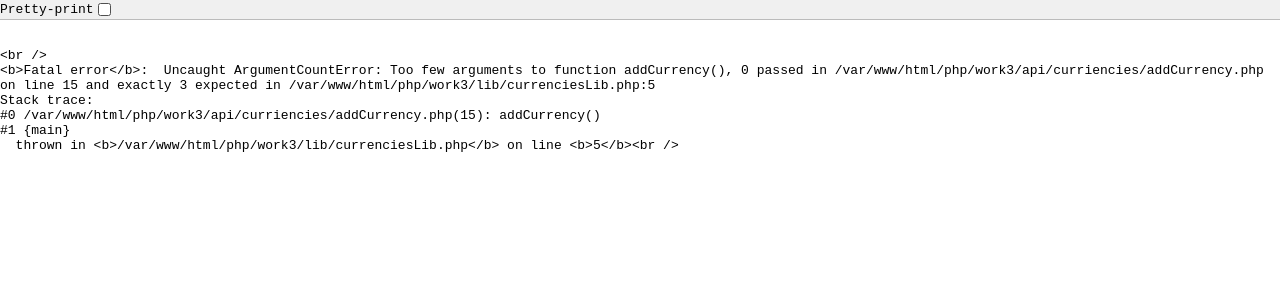
Repository: mihaisitaru/bazar
Page: http://localhost/php/work3/api/curriencies/addCurrency.php
The author's editor kept a record of every edit. The page is drawn from the files as they stood at one moment, then again after the next edit.
The browser window is 1280 px wide. The pictures show the whole page.
The page is run by PHP 8.4 with error messages shown; the project is at /var/www/html/.

Above is the page before.

### php/work3/api/curriencies/addCurrency.php
<?php

require_once(__DIR__.'/../../config/general.php');
require_once(__DIR__.'/../../'._LIB_FOLDER.'/currenciesLib.php');
require_once(__DIR__.'/../../'._LIB_FOLDER.'/outputHelper.php');


returnHeader();


/*if(empty($_POST['isoCode']) OR empty($_POST['name']) OR empty($_POST['active'])) {
    return throwJSONError(_ERROR_CURRENCY_NAME_CODE_OR_STATUS_NOT_SPECIFIED_CODE, _ERROR_CURRENCY_NAME_CODE_OR_STATUS_NOT_SPECIFIED_MSG);
} */

    if(addCurrency() === true) {
        echoJSONOutput();
    }
    else {
        throwJSONError(_ERROR_CURRENCY_NOT_CREATED_CODE, _ERROR_CURRENCY_NOT_CREATED_MSG);
    }

### php/work3/config/general.php
<?php
session_start();
require_once(__DIR__.'/constants.php');
?>

<?php
require_once(__DIR__.'/../'._LIB_FOLDER.'/databaseHelper.php');
databaseConnect();

### php/work3/config/constants.php
<?php
/*
*                                         $$\                          $$\                             $$\
*                                          $$ |                         $$ |                            $$ |
* $$$$$$$\  $$$$$$\  $$$$$$$\   $$$$$$$\ $$$$$$\    $$$$$$\  $$$$$$$\ $$$$$$\    $$$$$$$\      $$$$$$\  $$$$$$$\   $$$$$$\
*$$  _____|$$  __$$\ $$  __$$\ $$  _____|\_$$  _|   \____$$\ $$  __$$\\_$$  _|  $$  _____|    $$  __$$\ $$  __$$\ $$  __$$\
*$$ /      $$ /  $$ |$$ |  $$ |\$$$$$$\    $$ |     $$$$$$$ |$$ |  $$ | $$ |    \$$$$$$\      $$ /  $$ |$$ |  $$ |$$ /  $$ |
*$$ |      $$ |  $$ |$$ |  $$ | \____$$\   $$ |$$\ $$  __$$ |$$ |  $$ | $$ |$$\  \____$$\     $$ |  $$ |$$ |  $$ |$$ |  $$ |
*\$$$$$$$\ \$$$$$$  |$$ |  $$ |$$$$$$$  |  \$$$$  |\$$$$$$$ |$$ |  $$ | \$$$$  |$$$$$$$  |$$\ $$$$$$$  |$$ |  $$ |$$$$$$$  |
* \_______| \______/ \__|  \__|\_______/    \____/  \_______|\__|  \__|  \____/ \_______/ \__|$$  ____/ \__|  \__|$$  ____/
*                                                                                            $$ |                $$ |
*                                                                                             $$ |                $$ |
*                                                                                             \__|                \__|
*/
 //constants for navigating folders
 define("_LIB_FOLDER", "lib");
 define("_API_FOLDER", "api");
 //db details
 define("_DB_HOST", "127.0.0.1");
 define("_DB_USER", "mihaisitaru");
 define("_DB_PASSWORD", "");
 define("_DB_NAME", "bazar_shop_online");
 define("_DB_PORT", "3306");
 //constants for errors
 /**************************************************************************************************************************/
 #connection
 define("_ERROR_DB_CONNECTION_CODE", "db1000");
 define("_ERROR_DB_CONNECTION_MSG", "Can't connect to the specified Database with the specified IP.");
 #user
 define("_ERROR_EMAIL_OR_PASSWORD_NOT_SPECIFIED_CODE", "u1001");
 define("_ERROR_EMAIL_OR_PASSWORD_NOT_SPECIFIED_MSG", "Email or password not specified");
 define("_ERROR_EMAIL_NOT_SPECIFIED_CODE", "u1001e");
 define("_ERROR_EMAIL_NOT_SPECIFIED_MSG", "Email not specified");
 define("_ERROR_EMAIL_OR_PASSWORD_NOT_CORRECT_CODE", "u1002");
 define("_ERROR_EMAIL_OR_PASSWORD_NOT_CORRECT_MSG", "Email or password is not correct");
 define("_ERROR_EMAIL_NOT_CORRECT_CODE", "u1002e");
 define("_ERROR_EMAIL_NOT_CORRECT_MSG", "Email is not correct");
 define("_ERROR_USER_NOT_LOGGED_IN_CODE", "u1003");
 define("_ERROR_USER_NOT_LOGGED_IN_MSG", "You are not logged in. Please authenticate first in order to get access to this functionality.");
 define("_ERROR_REQUIRED_STAR_FIELD_CODE", "u1004");
 define("_ERROR_REQUIRED_STAR_FIELD_MSG", "*");
 define("_ERROR_REQUIRED_FIELD_CODE", "u1005");
 define("_ERROR_REQUIRED_FIELD_MSG", "*required field");
 define("_ERROR_USER_MUST_LOGIN_FIRST_CODE", "u1006");
 define("_ERROR_USER_MUST_LOGIN_FIRST_MSG", "You are not logged in. Please login first in order to be able to logout.");
 define("_ERROR_USER_NOT_RECOGNIZED_CODE", "u1007");
 define("_ERROR_USER_NOT_RECOGNIZED_MSG", "There is no account with this email. Do you want to create one?");
 define("_ERROR_DETAILS_NOT_SPECIFIED_CODE", "u1008");
 define("_ERROR_DETAILS_NOT_SPECIFIED_MSG", "All fields are required. Please add values to them.");
 define("_ERROR_EMAIL_ALREADY_EXISTS_CODE", "u1009");
 define("_ERROR_EMAIL_ALREADY_EXISTS_MSG", "An account with this email address already exists. Please choose another one.");
 define("_ERROR_PASSWORDS_DO_NOT_MATCH_CODE", "u1010");
 define("_ERROR_PASSWORDS_DO_NOT_MATCH_MSG", "Inserted passwords do not match. Please try again.");
 define("_ERROR_DETAILS_NOT_UPDATED_CODE", "u1011");
 define("_ERROR_DETAILS_NOT_UPDATED_MSG", "We could't update your info. Please try again.");
 define("_ERROR_ACCOUNT_NOT_CREATED_CODE", "u1012");
 define("_ERROR_ACCOUNT_NOT_CREATED_MSG", "Account not created. Please try again.");
 #category
 define("_ERROR_CATEGORY_NAME_OR_STATUS_NOT_SPECIFIED_CODE", "ca1000");
 define("_ERROR_CATEGORY_NAME_OR_STATUS_NOT_SPECIFIED_MSG", "Category name or status not specified.");
 define("_ERROR_CATEGORY_NOT_CREATED_CODE", "ca1001");
 define("_ERROR_CATEGORY_NOT_CREATED_MSG", "Category not created.");
 define("_ERROR_CATEGORY_NOT_FOUND_CODE", "ca1002");
 define("_ERROR_CATEGORY_NOT_FOUND_MSG", "Category not found.");
 define("_ERROR_CATEGORY_NOT_DELETED_CODE", "ca1003");
 define("_ERROR_CATEGORY_NOT_DELETED_MSG", "Category not deleted.");
 define("_ERROR_CATEGORY_NOT_UPDATED_CODE", "ca1004");
 define("_ERROR_CATEGORY_NOT_UPDATED_MSG", "Category not updated.");
 define("_ERROR_NO_CATEGORY_WAS_FOUND_CODE", "ca1005");
 define("_ERROR_NO_CATEGORY_WAS_FOUND_MSG", "No category was found.");
 define("_ERROR_CATEGORY_ID_NAME_OR_STATUS_NOT_SPECIFIED_CODE", "ca1006");
 define("_ERROR_CATEGORY_ID_NAME_OR_STATUS_NOT_SPECIFIED_MSG", "Category id, name or status not specified.");
 define("_ERROR_CATEGORY_NOT_SPECIFIED_CODE", "ca1007");
 define("_ERROR_CATEGORY_NOT_SPECIFIED_MSG", "Category not specified.");
 #product
 define("_ERROR_PRODUCT_DETAILS_NOT_SPECIFIED_CODE", "p1000");
 define("_ERROR_PRODUCT_DETAILS_NOT_SPECIFIED_MSG", "Product details not specified.");
 define("_ERROR_PRODUCT_NOT_CREATED_CODE", "p1001");
 define("_ERROR_PRODUCT_NOT_CREATED_MSG", "Product not added.");
 define("_ERROR_PRODUCT_NOT_FOUND_CODE", "p1002");
 define("_ERROR_PRODUCT_NOT_FOUND_MSG", "Product not found.");
 define("_ERROR_NO_PRODUCT_WAS_FOUND_CODE", "p1003");
 define("_ERROR_NO_PRODUCT_WAS_FOUND_MSG", "No product was found.");
 define("_ERROR_PRODUCT_NOT_DELETED_CODE", "p1004");
 define("_ERROR_PRODUCT_NOT_DELETED_MSG", "Product not deleted.");
 define("_ERROR_PRODUCT_NOT_UPDATED_CODE", "p1005");
 define("_ERROR_PRODUCT_NOT_UPDATED_MSG", "Product not updated.");
 define("_ERROR_IMAGE_NOT_SELECTED_CODE", "p1006");
 define("_ERROR_IMAGE_NOT_SELECTED_MSG", "Image not selected.");
 define("_ERROR_IMAGE_NOT_UPLOADED_CODE", "p1007");
 define("_ERROR_IMAGE_NOT_UPLOADED_MSG", "Image not uploaded.");
 define("_ERROR_IMAGE_NOT_SPECIFIED_CODE", "p1008");
 define("_ERROR_IMAGE_NOT_SPECIFIED_MSG", "Image not specified.");
 define("_ERROR_IMAGE_NOT_DELETED_CODE", "p1009");
 define("_ERROR_IMAGE_NOT_DELETED_MSG", "Image not deleted.");
 define("_ERROR_PRODUCTS_NOT_DEFINED_CODE", "p1010");
 define("_ERROR_PRODUCTS_NOT_DEFINED_MSG", "Products not defined.");
 define("_ERROR_NO_PRODUCT_IN_SPECIFIED_CATEGORY_FOUND_CODE", "p1011");
 define("_ERROR_NO_PRODUCT_IN_SPECIFIED_CATEGORY_FOUND_MSG", "No product in specified category found.");
 define("_ERROR_PRODUCT_OR_CATEGORY_NOT_FOUND_CODE", "p1012");
 define("_ERROR_PRODUCT_OR_CATEGORY_NOT_FOUND_MSG", "Product or category not found.");
 define("_ERROR_PRODUCT_IMAGE_NOT_FOUND_CODE", "p1013");
 define("_ERROR_PRODUCT_IMAGE_NOT_FOUND_MSG", "Product image not found.");
 define("_ERROR_NO_IMAGE_FOUND_CODE", "p1014");
 define("_ERROR_NO_IMAGE_FOUND_MSG", "No image found.");
 define("_ERROR_NO_HOTDEAL_WAS_FOUND_CODE", "p1015");
 define("_ERROR_NO_HOTDEAL_WAS_FOUND_MSG", "No product was found.");
 define("_ERROR_NO_DATA_WAS_FOUND_CODE", "p1016");
 define("_ERROR_NO_DATA_WAS_FOUND_MSG", "No data was found.");
 define("_ERROR_NO_CUSTOMER_SUPPORT_WAS_FOUND_CODE", "p1017");
 define("_ERROR_NO_CUSTOMER_SUPPORT_WAS_FOUND_MSG", "No customer support data was found.");
 #order
 define("_ERROR_ORDER_NOT_SPECIFIED_CODE", "o1000");
 define("_ERROR_ORDER_NOT_SPECIFIED_MSG", "Order not specified.");
 define("_ERROR_ORDER_NOT_FOUND_CODE", "o1001");
 define("_ERROR_ORDER_NOT_FOUND_MSG", "Order not found.");
 define("_ERROR_CART_IS_EMPTY_CODE", "o1002");
 define("_ERROR_CART_IS_EMPTY_MSG", "Cart is empty.");
 define("_ERROR_ORDER_NOT_PROCESSED_CODE", "o1003");
 define("_ERROR_ORDER_NOT_PROCESSED_MSG", "Order not processed.");
 define("_ERROR_CART_NOT_EMPTIED_OUT_CODE", "o1004");
 define("_ERROR_CART_NOT_EMPTIED_OUT_MSG", "Cart not emptied out.");
 #currency
 define("_ERROR_CURRENCY_NAME_CODE_OR_STATUS_NOT_SPECIFIED_CODE", "cu1000");
 define("_ERROR_CURRENCY_NAME_CODE_OR_STATUS_NOT_SPECIFIED_MSG", "Currency name, code or status not specified.");
 define("_ERROR_CURRENCY_NOT_CREATED_CODE", "cu1001");
 define("_ERROR_CURRENCY_NOT_CREATED_MSG", "Currency not created.");
 define("_ERROR_CURRENCY_NOT_FOUND_CODE", "cu1002");
 define("_ERROR_CURRENCY_NOT_FOUND_MSG", "Currency not found.");
 define("_ERROR_CURRENCY_NOT_DELETED_CODE", "cu1003");
 define("_ERROR_CURRENCY_NOT_DELETED_MSG", "Currency not deleted.");
 define("_ERROR_CURRENCY_NOT_UPDATED_CODE", "cu1004");
 define("_ERROR_CURRENCY_NOT_UPDATED_MSG", "Currency not updated.");
 define("_ERROR_NO_CURRENCY_WAS_FOUND_CODE", "cu1005");
 define("_ERROR_NO_CURRENCY_WAS_FOUND_MSG", "No currency was found.");
 define("_ERROR_CURRENCY_CODE_OR_STATUS_NOT_SPECIFIED_CODE", "cu1006");
 define("_ERROR_CURRENCY_CODE_OR_STATUS_NOT_SPECIFIED_MSG", "Currency code or status not specified.");
 define("_ERROR_CURRENCY_CODE_NAME_OR_STATUS_NOT_SPECIFIED_CODE", "cu1007");
 define("_ERROR_CURRENCY_CODE_NAME_OR_STATUS_NOT_SPECIFIED_MSG", "Currency code, name or status not specified.");

### php/work3/lib/databaseHelper.php
<?php
require_once('outputHelper.php');

function databaseConnect() {
    global $db;
    $db = mysqli_connect(_DB_HOST, _DB_USER, _DB_PASSWORD, _DB_NAME, _DB_PORT);

    if (mysqli_connect_error()) {
        throwJSONError(_ERROR_DB_CONNECTION_CODE, _ERROR_DB_CONNECTION_MSG);
        exit();
    }
    else {
        mysqli_set_charset($db, 'utf8');
    }
}

### php/work3/lib/outputHelper.php
<?php

function returnHeader() {
    header('Content-Type: application/json');
}

function throwJSONError($errorCode, $errorMessage) {
    $result = array(
        "successful" => false,
        "errorCode" => $errorCode,
        "errorMessage" => $errorMessage
    );
    $encodedJSON = json_encode($result);
    http_response_code(400);
    echo $encodedJSON;
    exit();
}

function echoJSONOutput($out = array()) {
    $newOut = array("successful" => true);

    if (is_array($out) AND count($out) > 0) {
        $newOut['details'] = $out;
    }
    http_response_code(200);
    echo json_encode($newOut);
    exit();
}

### php/work3/lib/currenciesLib.php
<?php

require_once(__DIR__.'/../config/general.php');

function addCurrency($isoCode, $name, $active) {
	global $db;

    $stmt = mysqli_stmt_init($db);

    $query = "INSERT into `currencies` (isoCode, name, active) VALUES (?, ?, ?)";

    mysqli_stmt_prepare($stmt, $query);


    mysqli_stmt_bind_param($stmt, "ssi", $isoCode, $name, $active);


    if(mysqli_stmt_execute($stmt)) {
        return true;
        }
    else return false;
}

function deleteCurrency($isoCode) {
	global $db;

    $stmt = mysqli_stmt_init($db);

    $query = "DELETE FROM `currencies` WHERE isoCode=?";

    mysqli_stmt_prepare($stmt, $query);


    mysqli_stmt_bind_param($stmt, "s", $isoCode);


    if(mysqli_stmt_execute($stmt)) {
        return true;
        }
    else return false;
}

function updateCurrency($isoCode, $name, $active) {
	global $db;

    $stmt = mysqli_stmt_init($db);

    $query = "UPDATE `currencies` SET name = ?, active = ? WHERE isoCode=?";

    mysqli_stmt_prepare($stmt, $query);


    mysqli_stmt_bind_param($stmt, "ssi", $isoCode, $name, $active);


    if(mysqli_stmt_execute($stmt)) {
        return true;
        }
    else return false;
}

function getSellingCurrencies($isoCode, $active) {
	global $db;

    $stmt = mysqli_stmt_init($db);

    $query = "SELECT * FROM `currencies` WHERE isoCode=? AND active=?";

    mysqli_stmt_prepare($stmt, $query);


    mysqli_stmt_bind_param($stmt, "si", $isoCode, $active);


    if(mysqli_stmt_execute($stmt)) {
        $result = mysqli_stmt_get_result($stmt);
        while($row = mysqli_fetch_assoc($result)) {
            $data[] = $row;
        }
    return $data;
        }
    else return false;
}

function getContractingCurrencies() {
    global $db;

    $data = false;

    $stmt = mysqli_stmt_init($db);

    mysqli_stmt_prepare($stmt, "SELECT * FROM `currencies`");

    mysqli_stmt_execute($stmt);

    $result = mysqli_stmt_get_result($stmt);

    while($row = mysqli_fetch_assoc($result)) {
        $data[] = $row;
    }
    return $data;
}

function getConversionValue($fromIsoCode, $toIsoCode) {
    global $db;

    $stmt = mysqli_stmt_init($db);

    $query = "SELECT `value` FROM `currencyConversions` WHERE fromIsoCode LIKE ? AND toIsoCode LIKE ? ORDER BY conversionDate DESC limit 0,1";

    mysqli_stmt_prepare($stmt, $query);

    mysqli_stmt_bind_param($stmt, "ss", $fromIsoCode, $toIsoCode);

    if(mysqli_stmt_execute($stmt)) {
        $result = mysqli_stmt_get_result($stmt);
            if($row = mysqli_fetch_assoc($result)) {
                return $row['value'];
            }
        }
    return 1;
}

After the next edit:
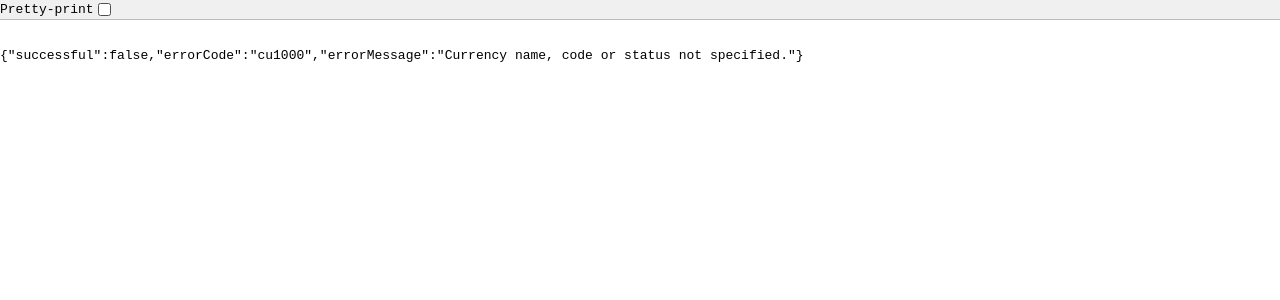
The edit:
--- a/php/work3/api/curriencies/addCurrency.php
+++ b/php/work3/api/curriencies/addCurrency.php
@@ -8,9 +8,9 @@
 returnHeader();
 
 
-/*if(empty($_POST['isoCode']) OR empty($_POST['name']) OR empty($_POST['active'])) {
+if(empty($_POST['isoCode']) OR empty($_POST['name']) OR empty($_POST['active'])) {
     return throwJSONError(_ERROR_CURRENCY_NAME_CODE_OR_STATUS_NOT_SPECIFIED_CODE, _ERROR_CURRENCY_NAME_CODE_OR_STATUS_NOT_SPECIFIED_MSG);
-} */
+}
 
     if(addCurrency() === true) {
         echoJSONOutput();
